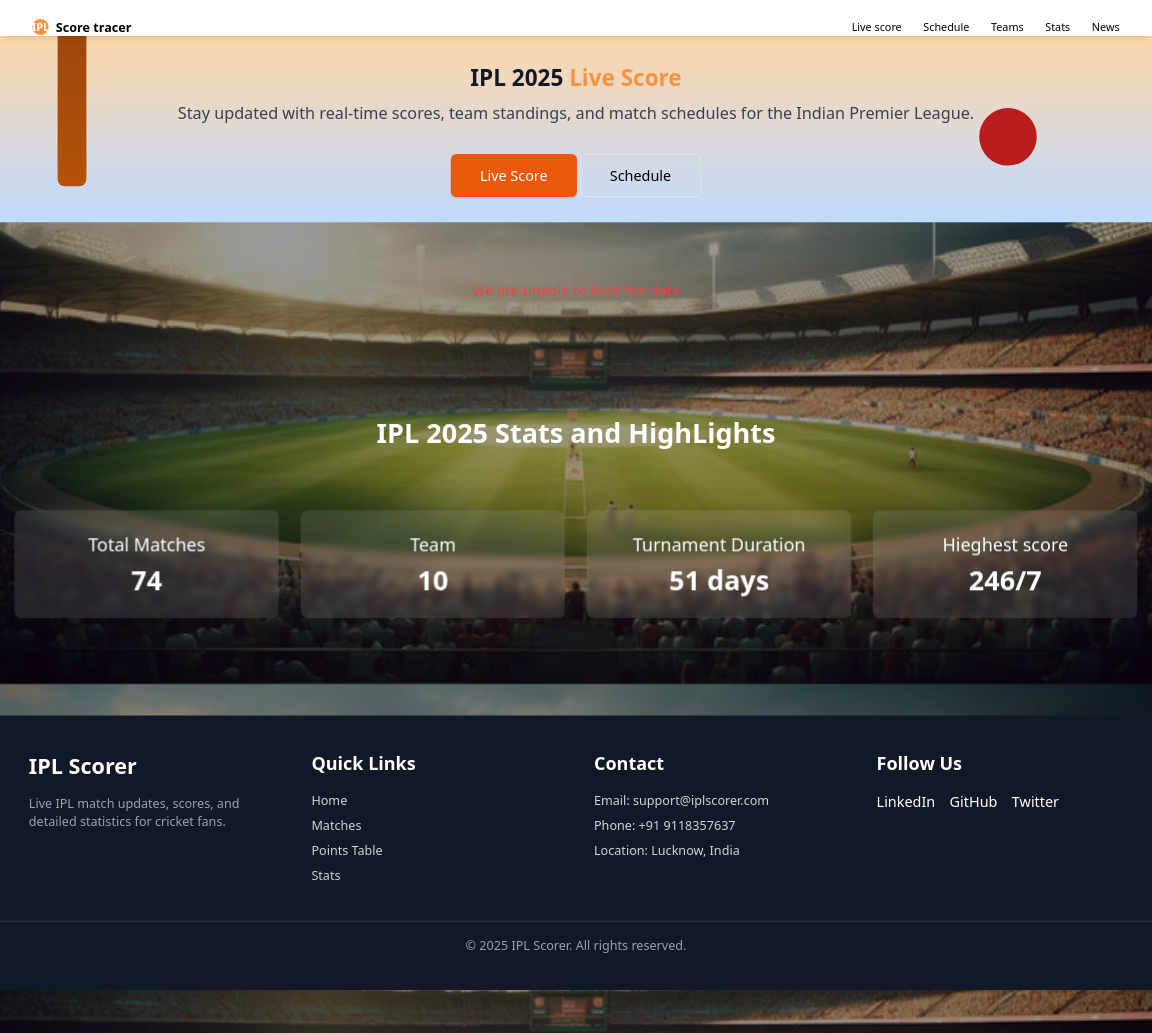
Repository: GauraVPandeyyy/IPL_PointsTable
Page: /
The author's editor kept a copy of each file at every save. The page is drawn from the files as they stood at one save, then again after the next save.
The browser window is 1280 px wide. The pictures show the whole page, at 90% of full size.
The page's requests for data from a server got no answer. Backgrounds fixed to the window are drawn as part of the page. Some web libraries are served in a nearby version. The project was rebuilt for these pictures with package versions that can differ from the ones it lists, and the page was loaded fresh each time. No one was signed in, and anything a server would have sent is missing. Also part of the build but not shown: vite.config.js.

Above is the page before, as saved 2025-04-18 16:20:48.

### index.html
<head>
    <meta charset="utf-8">
    <meta name="viewport" content="width=device-width, initial-scale=1, shrink-to-fit=no">
    <meta name="theme-color" content="#000000">
    <script src="https://cdn.tailwindcss.com"></script>
    <!--
      manifest.json provides metadata used when your web app is added to the
      homescreen on Android. See https://developers.google.com/web/fundamentals/engage-and-retain/web-app-manifest/
    -->


    <!--
      Notice the use of %PUBLIC_URL% in the tags above.
      It will be replaced with the URL of the `public` folder during the build.
      Only files inside the `public` folder can be referenced from the HTML.

      Unlike "/favicon.ico" or "favicon.ico", "%PUBLIC_URL%/favicon.ico" will
      work correctly both with client-side routing and a non-root public URL.
      Learn how to configure a non-root public URL by running `npm run build`.
    -->
    <title>React App</title>
  </head>

  <body>
    <noscript> You need to enable JavaScript to run this app. </noscript>
    <div id="root"></div>
    <!--
      This HTML file is a template.
      If you open it directly in the browser, you will see an empty page.

      You can add webfonts, meta tags, or analytics to this file.
      The build step will place the bundled scripts into the <body> tag.

      To begin the development, run `npm start` or `yarn start`.
      To create a production bundle, use `npm run build` or `yarn build`.
    -->


<script type="module" src="/src/index.jsx"></script></body>

### src/App.jsx
import "./styles.css";
import Header from "./components/Header";
import HomePage from "./page/HomePage";
import { BrowserRouter as Router, Routes, Route } from "react-router-dom";
export default function App() {
  return (
    <Router>
      <Header />
      <div className="flex flex-col min-h-screen">
        <Routes>
          <Route path="/" element={<HomePage />} />
          <Route path="/test" element={<HomePage />} />
        </Routes>
      </div>
    </Router>
  );
}

### src/components/Header.jsx
import React from "react";
import { Link } from "react-router-dom";
import { useState } from "react";
import { Menu, X } from "lucide-react";
export default function Header() {
  const [isopen, setIsOpen] = useState(false);
  const link = [
    { name: "Live score", path: "/live-score" },
    { name: "Schedule", path: "/schedule" },
    { name: "Teams", path: "/teams" },
    { name: "Stats", path: "/stats" },
    { name: "News", path: "/news" },
  ];
  const toggleMenu = () => {
    setIsOpen(!isopen);
  };
  return (
    <div className="sticky h-9 p-5 top-0 z-50 bg-white shadow-md">
      <div className="container mx-auto px-4">
        {/* Logo */}
        <div className="flex items-center justify-between h-[20px]">
          <Link className="flex items-center space-x-2">
            <div className="h-[18px] w-[18px] bg-orange-400 rounded-full flex items-center justify-center">
              <span className="text-[12px] text-white font-bold">IPL</span>
            </div>
            <span className="text-black font-bold text-sm">Score tracer</span>
          </Link>

          {/* Desktop */}
          <div className="hidden md:flex space-x-6">
            {link.map((link, index) => (
              <Link
                to={link.path}
                key={index}
                className={`text-[12px] text-black font-medium transition-colors hover:text-orange-600`}
              >
                {link.name}
              </Link>
            ))}
          </div>
          {/* mobile */}
          <button
            className="md:hidden p-2 rounded-md text-gray-700 hover:bg-gray-100"
            onClick={toggleMenu}
          >
            {isopen ? <X size={18} /> : <Menu size={18} />}
          </button>
        </div>

        {/* Mobile navLinks */}
        {isopen && (
          <div className="md:hidden py-4 border-t">
            <div className="flex flex-col space-y-4">
              {link.map((items, index) => (
                <Link
                  key={index}
                  to={link.path}
                  className="text-sm font-medium transition-color hover:text-orange-600"
                >
                  {items.name}
                </Link>
              ))}
            </div>
          </div>
        )}
      </div>
    </div>
  );
}

### src/page/HomePage.jsx
import Hero from "../components/hero";
import TeamStanding from "../components/TeamStanding";
import StatsSection from "../components/StatsSection";
import Footer from "../components/Footer";
export default function HomePage() {
  return (
    <div className="min-h-screen bg-[url('/stadium.jpg')] bg-cover bg-center bg-fixed">
      <div className="min-h-scree bg-black/40">
        <div className="space-y-12 pb-12">
          <div className="bg-opacity-90">
            <Hero />
          </div>

          <div className="bg-opacity-90">
            <TeamStanding />
          </div>

          <div className="bg-opacity-90">
            <StatsSection />
          </div>
          <div className="bg-opacity-90">
            <Footer />
          </div>
        </div>
      </div>
    </div>
  );
}

### src/components/hero.jsx
import { motion } from "framer-motion";
import { useNavigation } from "react-router-dom";
import Button from "./ui/Button";
export default function hero() {
  return (
    <div className="relative overflow-hidden py-[50px] md:py-[28px] bg-gradient-to-b from-orange-200 to-blue-200 ">
      <div className="container mx-auto px-[4px] relative z-10">
        <div className="text-center max-width-3xl mx-auto">
          <div className="text-center text-[30px] md:text-[25px] font-bold text-gray-900 mb-[6px]">
            IPL 2025 <span className="text-orange-400">Live Score</span>
          </div>
          <p className="text-[18px] text-gray-700 mb-8">
            Stay updated with real-time scores, team standings, and match
            schedules for the Indian Premier League.
          </p>

          <div className="flex flex-wrap justify-center gap-[4px]">
            <Button variant="primary" size="lg">
              Live Score
            </Button>

            <Button variant="outline" size="lg">
              Schedule
            </Button>
          </div>
        </div>
      </div>

      {/* Bat */}
      <div className="absolute top-20 right-[10%] w-16 h-16 rounded-full bg-red-700  hidden md:block" />
      <div className="absolute bottom-10 left-[5%] w-8 h-64 bg-gradient-to-b from-amber-800 to-amber-700 rounded-b-lg hidden md:block" />
    </div>
  );
}

### src/components/TeamStanding.jsx
import { useState, useEffect } from "react";
import { getPointsTable } from "../services/api";
import LoadingSpinner from "./ui/Loader";
export default function TeamStanding() {
  const [pointsTable, setPointsTable] = useState([]);
  const [error, setError] = useState(null);
  const [loading, setLoading] = useState(true);

  useEffect(() => {
    const fetchPointsTable = async () => {
      try {
        const data = await getPointsTable();
        setPointsTable(data);
      } catch (err) {
        setError("We are unable to load the data");
      } finally {
        setLoading(false);
      }
    };
    fetchPointsTable();
  }, []);

  if (loading) {
    return (
      <div className="flex items-center justify-center min-h-screen">
        <LoadingSpinner size="lg" />
      </div>
    );
  }

  if (error) {
    return <div className="text-center text-red-500 p-4">{error}</div>;
  }

  return (
    // bg-gray-900 text-white py-10 mt-16
    <div className="bg-white rounded-2xl shadow-xl p-6 sm:p-10 transition-all duration-300">
      <h3 className="text-3xl font-extrabold text-indigo-700 mb-6 text-center">Points Table</h3>

      <div className="overflow-x-auto">
        <table className="min-w-full divide-y divide-gray-200">
          <thead className="bg-indigo-600">
            <tr>
              <th className="px-6 py-3 text-center text-sm font-semibold text-white tracking-wide">Team</th>
              <th className="px-6 py-3 text-center text-sm font-semibold text-white">P</th>
              <th className="px-6 py-3 text-center text-sm font-semibold text-white">W</th>
              <th className="px-6 py-3 text-center text-sm font-semibold text-white">L</th>
              <th className="px-6 py-3 text-center text-sm font-semibold text-white">Points</th>
              <th className="px-6 py-3 text-center text-sm font-semibold text-white">NRR</th>
            </tr>
          </thead>

          <tbody className="divide-y divide-gray-100">
            {pointsTable.map((iteam, index) => (
              <tr
                key={index}
                className={`${index % 2 === 0 ? "bg-white" : "bg-gray-50"
                  } hover:bg-indigo-50 transition duration-300`}
              >
                <td className="px-6 py-4 text-sm text-gray-700">
                  <div className="flex items-center gap-3">
                    <img
                      src={iteam.flag}
                      alt={iteam.team}
                      className="w-8 h-8 rounded-full object-cover ring-2 ring-indigo-200"
                    />
                    <span className="font-medium">{iteam.team}</span>
                  </div>
                </td>
                <td className="px-6 py-4 text-center text-gray-600 font-semibold">{iteam.played}</td>
                <td className="px-6 py-4 text-center text-green-600 font-semibold">{iteam.won}</td>
                <td className="px-6 py-4 text-center text-red-600 font-semibold">{iteam.loss}</td>
                <td className="px-6 py-4 text-center text-indigo-800 font-bold">{iteam.points}</td>
                <td className="px-6 py-4 text-center text-gray-600">{iteam.nrr}</td>
              </tr>
            ))}
          </tbody>
        </table>
      </div>
    </div>

  );
}

### src/components/StatsSection.jsx
"use client";
import { motion } from "framer-motion";
import { Users, Trophy, Calendar, TrendingUp } from "lucide-react";
export default function StatsSection() {
  const stats = [
    { icon: Users, title: "Total Matches", value: "74" },
    { icon: Trophy, title: "Team", value: "10" },
    { icon: Calendar, title: "Turnament Duration", value: "51 days" },
    { icon: TrendingUp, title: "Hieghest score", value: "246/7" },
  ];

  return (
    <div className="py-16 bg-gradient-to-r from-blu-600 to-red-600 text-white">
      <div className="container mx-auto px-4">
        <motion.h2
          className="text-3xl font-bold text-center mb-12"
          initial={{ opacity: 0 }}
          animate={{ opacity: 1 }}
          transition={{ duration: 0.5 }}
        >
          IPL 2025 Stats and HighLights
        </motion.h2>

        <div className="grid grid-cols-1 md:grid-cols-2 lg:grid-cols-4 gap-6">
          {stats.map((items, index) => (
            <motion.div
              key={index}
              className="bg-white/10 backdrop-blur-sm rounded-lg p-6 text-center "
              initial={{ opacity: 0, y: 20 }}
              animate={{ opacity: 1, y: 20 }}
              transition={{ delay: index * 0.1, duration: 0.5 }}
              whileHover={{ y: -5, transition: { duration: 0.2 } }}
            >
              {/* <div className="flex justify-center mb-4">{items.icon}</div> */}
              <h3 className="text-xl font-medium mb-2">{items.title}</h3>
              <p className="text-3xl font-bold">{items.value}</p>
            </motion.div>
          ))}
        </div>
      </div>
    </div>
  );
}

### src/components/Footer.jsx
// src/components/Footer.jsx
export default function Footer() {
    return (
      <footer className="bg-gray-900 text-white py-10 mt-16">
        <div className="max-w-7xl mx-auto px-4 sm:px-6 lg:px-8 grid grid-cols-1 md:grid-cols-4 gap-10">

          {/* Logo/Branding */}
          <div>
            <h2 className="text-2xl font-bold mb-4">IPL Scorer</h2>
            <p className="text-gray-400 text-sm">
              Live IPL match updates, scores, and detailed statistics for cricket fans.
            </p>
          </div>

          {/* Navigation */}
          <div>
            <h3 className="text-xl font-semibold mb-4">Quick Links</h3>
            <ul className="space-y-2 text-sm text-gray-300">
              <li><a href="#" className="hover:underline">Home</a></li>
              <li><a href="#" className="hover:underline">Matches</a></li>
              <li><a href="#" className="hover:underline">Points Table</a></li>
              <li><a href="#" className="hover:underline">Stats</a></li>
            </ul>
          </div>

          {/* Contact Info */}
          <div>
            <h3 className="text-xl font-semibold mb-4">Contact</h3>
            <p className="text-gray-300 text-sm mb-2">Email: <a href="mailto:support@iplscorer.com" className="hover:underline">support@iplscorer.com</a></p>
            <p className="text-gray-300 text-sm mb-2">Phone: +91 9118357637</p>
            <p className="text-gray-300 text-sm">Location: Lucknow, India</p>
          </div>

          {/* Social Links */}
          <div>
            <h3 className="text-xl font-semibold mb-4">Follow Us</h3>
            <div className="flex space-x-4">
              <a href="https://www.linkedin.com/in/gaurav-pandey-0987162a0/" className="hover:text-pink-400 transition-colors">LinkedIn</a>
              <a href="https://github.com/GauraVPandeyyy" className="hover:text-gray-300 transition-colors">GitHub</a>
              <a href="https://x.com/gaura_vp9118" className="hover:text-blue-300 transition-colors">Twitter</a>
            </div>
          </div>
        </div>

        {/* Copyright */}
        <div className="mt-10 border-t border-gray-700 pt-4 text-center text-sm text-gray-400">
          &copy; {new Date().getFullYear()} IPL Scorer. All rights reserved.
        </div>
      </footer>
    );
  }

### src/components/ui/Button.jsx
import { cva } from "class-variance-authority";

const buttonVariants = cva(
  "inline-flex items-center justify-center rounded-md font-medium transition-colors focus-visible:outline-none focus-visible:ring-2 focus-visible:ring-ring disabled:pointer-events-none disabled:opacity-50",
  {
    variants: {
      variant: {
        primary: "bg-orange-600 text-white hover:bg-orange-700 shadow",
        outline:
          "border border-input bg-background hover:bg-accent hover:text-accent-foreground",
      },
      size: {
        default: "h-10 px-4 py-[2px] text-sm",
        sm: "h-8 px-3 text-xs",
        lg: "h-12 px-8 text-base",
        icon: "h-9 w-9",
      },
    },
    defaultVariant: {
      variant: "primary",
      size: "default",
    },
  }
);

const Button = ({
  children,
  variant = "primary",
  size = "default",
  className = "",
  ...props
}) => {
  return (
    <button
      className={`${buttonVariants({ variant, size })}, ${className}`}
      {...props}
    >
      {children}
    </button>
  );
};

export default Button;

### src/services/api.js
import axios from "axios";
const API_URL = "https://cricket-live-line1.p.rapidapi.com";
const HEADERS = {
  "x-rapidapi-key": "bac80db236mshbffb59e3a602917p118b40jsn406a7887a76a",
  "x-rapidapi-host": "cricket-live-line1.p.rapidapi.com",
};

export const getPointsTable = async () => {
  const options = {
    method: "GET",
    url: `${API_URL}/series/336/pointsTable`,
    headers: HEADERS,
  };

  try {
    const response = await axios.request(options);
    console.log("Points table data", response.data);

    if (!response.data?.status || !response.data?.data?.A) {
      throw new Error("Invalid points table data format");
    }

    return response.data.data.A.map((team) => ({
      team: team.teams,
      played: team.P,
      won: team.W,
      loss: team.L,
      points: team.Pts,
      nrr: team.NRR,
      flag: team.flag,
    }));
  } catch (error) {
    console.error("Error fetching the data");
    throw error;
  }
};

### src/components/ui/Loader.jsx
const LoadingSpinner = ({ size = "md", className = "" }) => {
  const sizeClasses = {
    sm: "w-4 h-4",
    md: "w-8 h-8",
    lg: "w-12 h-12",
  };

  return (
    <div className={`${sizeClasses[size]} ${className}`}>
      <svg
        className="animate-spin text-orange-600"
        xmlns="http://www.w3.org/2000/svg"
        fill="none"
        viewBox="0 0 24 24"
      >
        <circle
          className="opacity-25"
          cx="12"
          cy="12"
          r="10"
          stroke="currentColor"
          strokeWidth="4"
        ></circle>
        <path
          className="opacity-75"
          fill="currentColor"
          d="M4 12a8 8 0 018-8V0C5.373 0 0 5.373 0 12h4zm2 5.291A7.962 7.962 0 014 12H0c0 3.042 1.135 5.824 3 7.938l3-2.647z"
        ></path>
      </svg>
    </div>
  );
};

export default LoadingSpinner;

Loaded but not shown: src/index.jsx (common file); src/styles.css (no stored copy; drawn as an empty file)

After the next save:
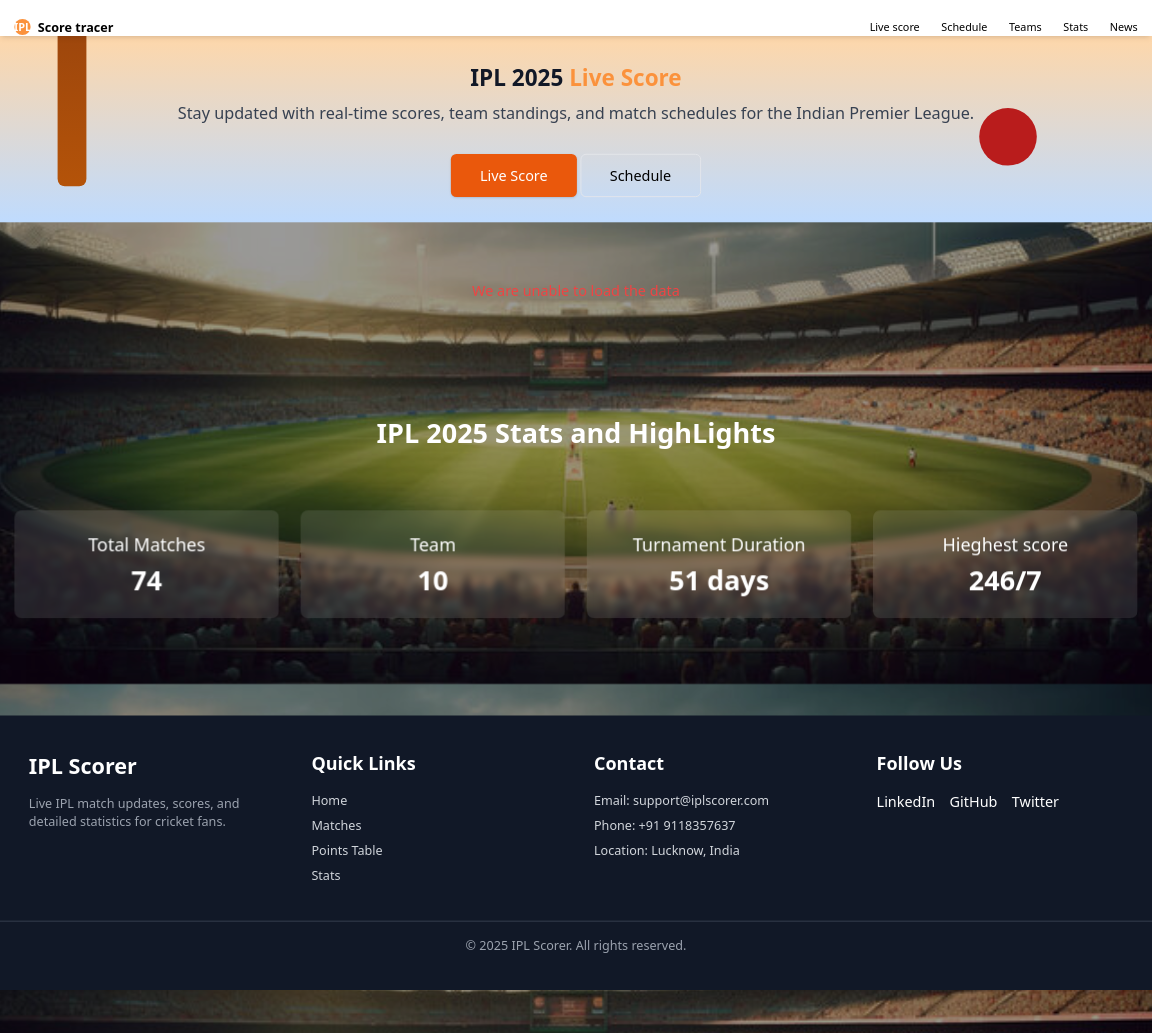
Saved 9 s later.
--- a/src/components/Header.jsx
+++ b/src/components/Header.jsx
@@ -15,7 +15,7 @@ export default function Header() {
     setIsOpen(!isopen);
   };
   return (
-    <div className="sticky h-9 p-5 top-0 z-50 bg-white shadow-md">
+    <div className="sticky h-9 py-5 top-0 z-50 bg-white shadow-md">
       <div className="container mx-auto px-4">
         {/* Logo */}
         <div className="flex items-center justify-between h-[20px]">
